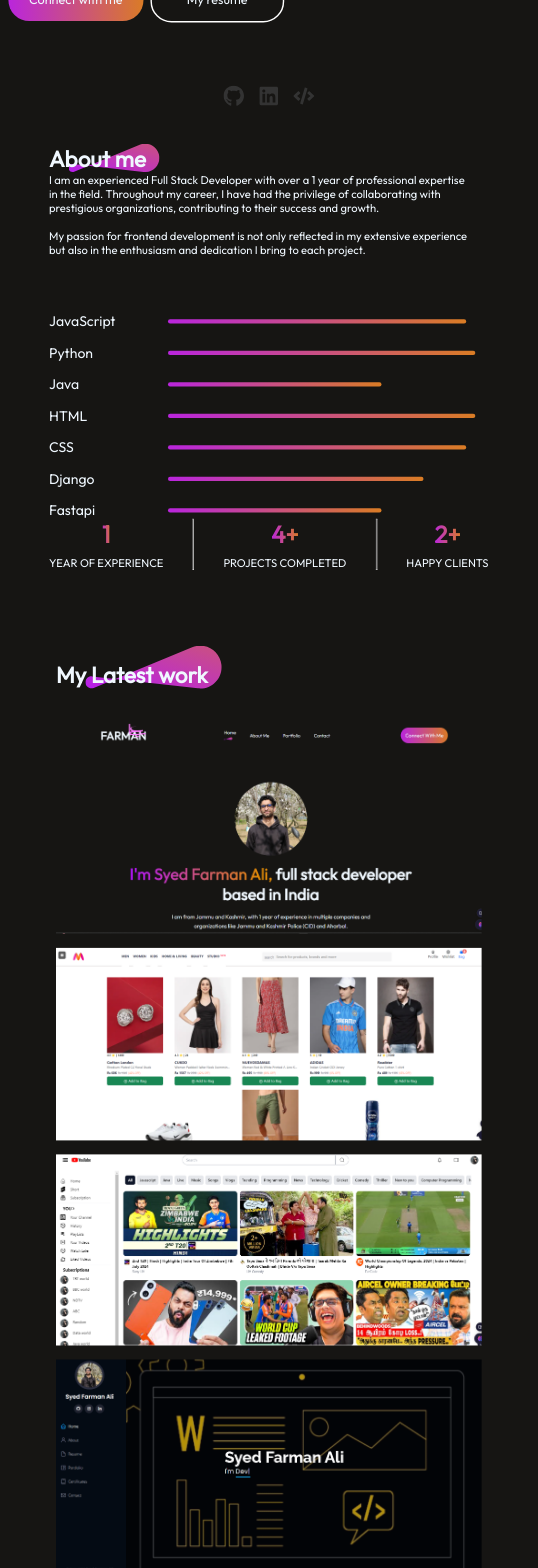
Repository: FARMAN9/portfolio_React
Page: /
An editor plug-in stored every save of this project. The page is shown before and after a run of saves, followed by the edit.
The browser window is 768 px wide. The pictures show the part of the page from y = 733 to 2973 px (the page is 5825 px tall before and 5865 px after), at 70% of full size.
The project was rebuilt for these pictures with package versions that can differ from the ones it lists, and the page was loaded fresh each time. Also part of the build but not shown: vite.config.js.

Above is the page before, as saved 2024-10-16 21:37:27.

### index.html
<!doctype html>
<html lang="en">
  <head>
    <meta charset="UTF-8" />
    <link rel="icon" type="image/svg+xml" href="/bac.svg" />
    <meta name="viewport" content="width=device-width, initial-scale=1.0" />
    <title>Portfoilo</title>
    <link rel="preconnect" href="https://fonts.googleapis.com">
<link rel="preconnect" href="https://fonts.gstatic.com" crossorigin>
<link href="https://fonts.googleapis.com/css2?family=Outfit&display=swap" rel="stylesheet">


  </head>
  <body>
    <div id="root"></div>

    <script type="module" src="/src/main.jsx"></script>
  </body>
</html>

### src/App.jsx

import NavBar from './Components/Navbar/NavBar'
import Hero from './Components/Hero/Hero'
import About from './Components/About/About'
import MyWork from './Components/MyWork/MyWork'
import Contact from './Components/Contact/Contact'
import Footer from './Components/Footer/Footer'
import React from 'react';

function App() {


  return (
  <>
  <NavBar/>
  <Hero/>
  <About/>
  <MyWork/>
  <Contact/>
  <Footer/>
  </>
  )
}

export default App

### src/index.css

*{
  margin: 0;
  padding: 0;

}
body{
  height: 100vh;
  background: #161513;
  color: aliceblue;
  font-family: outfit;
}

### src/Components/Navbar/NavBar.jsx
import React, { useRef, useState,useEffect } from 'react';
import './Navbar.css';
import ali from '../../assets/ali.png'
import backgound from '../../assets/nav_underline.svg'
import AnchorLink from 'react-anchor-link-smooth-scroll'
import menu_open from '../../assets/menu_open.svg'
import menu_close from '../../assets/menu_close.svg'



function NavBar() {



  const [menu,setMenu]=useState('home')
  const menuRef =useRef();
  const openMenu=()=>{
    menuRef.current.style.right='0'
  }
  const closeMenu=()=>{
    menuRef.current.style.right='-350px'
  }
  return (
    <nav className='navbar'>
      <div className='logo'>
      <AnchorLink className='anchor-link' href='#home'>
      <h1>FARMAN</h1>
      <img src={ali} alt="" />
      </AnchorLink>
      </div>
      <img src={menu_open}  onClick={openMenu} alt="" className='nav-mob-open' />

            <ul ref={menuRef} className='nav-menu'>
            <img src={menu_close} alt="" className='nav-mob-close' onClick={closeMenu}/>
             <li> <AnchorLink className='anchor-link' href='#home'><p onClick={()=>setMenu('home')}>Home</p> </AnchorLink>{menu ==='home' ? <img src ={backgound} alt=''/>:<></> }</li>
             <li><AnchorLink className='anchor-link' offset={50} href='#about'><p onClick={()=>setMenu('about')}>About Me</p></AnchorLink>{menu ==='about' ? <img src ={backgound} alt=''/>:<></> }</li>
             <li><AnchorLink className='anchor-link' offset={50} href='#work'><p onClick={()=>setMenu('work')}>Portfolio</p></AnchorLink>{menu ==='work' ? <img src ={backgound} alt=''/>:<></> }</li>
             <li><AnchorLink className='anchor-link' offset={50} href='#contact'><p onClick={()=>setMenu('contact')}>Contact</p></AnchorLink>{menu ==='contact' ? <img src ={backgound} alt=''/>:<></> }</li>
            </ul>
            <div className="nav-connect"><AnchorLink className='anchor-link' offset={50} href='#contact'>Connect With Me</AnchorLink></div>

    </nav>
  )
}

export default NavBar

### src/Components/Hero/Hero.jsx
import "./Hero.css";
import profile from "../../assets/profile.jpg";
import AnchorLink from "react-anchor-link-smooth-scroll";
import { FaGithub, FaLinkedin, FaCode } from "react-icons/fa";
import React, { useRef, useEffect } from "react";
import gsap from "gsap";
import { ScrollTrigger } from "gsap/ScrollTrigger";

// Register ScrollTrigger plugin
gsap.registerPlugin(ScrollTrigger);

function Hero() {
  return (
    <div id="home" className="hero">
      <img
        // Reference for the image
        src={profile}
        alt="profile"
      />

      <h1>
        <span className="myname">I'm Syed Farman Ali,</span> full stack
        developer based in India
      </h1>
      <p>
        I am from Jammu and Kashmir, with 1 year of experience in multiple
        companies and organizations like Jammu and Kashmir Police (CID) and
        Aharbal.
      </p>
      <div className="hero-action">
        <div className="hero-connect">
          <AnchorLink className="anchor-link" offset={50} href="#contact">
            Connect with me
          </AnchorLink>
        </div>
        <a
          className="hero-resume"
          href="https://rxresu.me/farman9/python-django-developer">
          My resume
        </a>
      </div>
      <div className="hero-socials">
        <a
          href="https://github.com/farman9"
          target="_blank"
          rel="noopener noreferrer">
          <FaGithub size={30} />
        </a>
        <a
          href="https://www.linkedin.com/in/farman9"
          target="_blank"
          rel="noopener noreferrer">
          <FaLinkedin size={30} />
        </a>
        <a
          href="https://leetcode.com/u/saeedfarman9/"
          target="_blank"
          rel="noopener noreferrer">
          <FaCode size={30} />
        </a>
      </div>
    </div>
  );
}

export default Hero;

### src/Components/About/About.jsx
import React from 'react'
import'./About.css'
import bac from '../../assets/bac.svg'
import profile from '../../assets/profile.jpg'


function About() {
  const skills = [
    { name: 'JavaScript', value: 70 },
    { name: 'Python', value: 80 },
    { name: 'Java', value: 50 },
    { name: 'HTML', value: 75 },
    { name: 'CSS', value: 70 },
    { name: 'Django', value: 60 },
    { name: 'Fastapi', value: 50 },

  ];

  return (
    <div id='about' className='about'>
        <div className="about-title">
            <h1>About me</h1>
            <img src={bac} alt="" />
        </div>
        <div className="about-sections">
        <div className="about-left">
        <img src={profile} alt="" />
       </div>
       <div className="about-right">
       <div className="about-para">
        <p>I am an experienced Full Stack Developer with over a 1 year of professional expertise in the field. Throughout my career, I have had the privilege of collaborating with prestigious organizations, contributing to their success and growth.</p>
        <p>My passion for frontend development is not only reflected in my extensive experience but also in the enthusiasm and dedication I bring to each project.</p>
       </div>
       <div className="about-skills">
        {
            skills.map((skill)=><div className="about-skill" key={skill.name}><p>{skill.name}</p><hr style={{width:`${skill.value}%`}} /></div>)
        }

      </div>
        </div>
        </div>
        <div className="about-achievements">
<div className="about-achievement">
<h1>1</h1>
<p>YEAR OF EXPERIENCE</p>
</div>
<hr />
<div className="about-achievement">
<h1>4+</h1>
<p>PROJECTS COMPLETED</p>
</div>
<hr />
<div className="about-achievement">
<h1>2+</h1>
<p>HAPPY CLIENTS</p>
</div>
</div>
    </div>
  )
}

export default About

### src/Components/MyWork/MyWork.jsx
import React, { useImperativeHandle } from "react";
import "./MyWork.css";
import bac from "../../assets/bac.svg";
import soon from "../../assets/coming_soon.gif";
import port_react from "../../assets/projects/portfilo_react.png";
import myntra from "../../assets/projects/mytra.png";
import youtube from "../../assets/projects/yt.png";
import djano_port from "../../assets/projects/django_port.png";
import dpt from "../../assets/projects/dpt.png";
import nws from "../../assets/projects/news.png";

function MyWork() {
  const mywork_data = [
    {
      w_no: 1,
      w_name: "portfolio_React",
      w_img: port_react,
      link: "https://github.com/FARMAN9/portfolio_React",
    },
    {
      w_no: 2,
      w_name: "mytra",
      w_img: myntra,
      link: "https://github.com/FARMAN9/myntra-clone-",
    },
    {
      w_no: 3,
      w_name: "youtube",
      w_img: youtube,
      link: "https://github.com/FARMAN9/youtube-clone",
    },
    {
      w_no: 4,
      w_name: "portfoilo_django",
      w_img: djano_port,
      link: "https://github.com/FARMAN9/portfoilo_django",
    },
    {
      w_no: 5,
      w_name: "DPS",
      w_img: dpt,
      link: "https://github.com/FARMAN9/Diabetes-prediction",
    },
    {
      w_no: 6,
      w_name: "oldNews_paper ",
      w_img: nws,
      link: "https://oldnews-paper.vercel.app/",
    },
    {
      w_no: 7,
      w_name: "soon",
      w_img: soon,
      link: "",
    },
  ];
  return (
    <div id="work" className="mywork">
      <div className="mywork-title">
        <h1>My Latest work</h1>
        <img src={bac} alt="" />
      </div>

      <div className="mywork-container">
        {mywork_data.map((data, index) => {
          return (
            <div key={index}>
              <a href={data.link}>
                <img src={data.w_img} alt="" />
              </a>
            </div>
          );
        })}
      </div>
    </div>
  );
}

export default MyWork;

### src/Components/Contact/Contact.jsx
import React from 'react'
import './Contact.css'
import bac from '../../assets/bac.svg'
import call from '../../assets/call.svg'
import mail from '../../assets/mail.svg'
import loc from '../../assets/loc.svg'

const mykey = "fc7158de-ce59-41ff-9c1e-672e25c721db"

function Contact() {
  const [result, setResult] = React.useState("");
  const [alertVisible, setAlertVisible] = React.useState(false);

  const onSubmit = async (event) => {
    event.preventDefault();
    setResult("Sending....");
    const formData = new FormData(event.target);

    formData.append("access_key", mykey);

    const response = await fetch("https://api.web3forms.com/submit", {
      method: "POST",
      body: formData
    });

    const data = await response.json();

    if (data.success) {
      setResult("Email Send Successfully \n Thanks😇");
      setAlertVisible(true);
      event.target.reset();
    } else {
      console.log("Error", data);
      setResult(data.message);
      setAlertVisible(true);
    }
  };

  const closeAlert = () => {
    setAlertVisible(false);
    setResult("");
  };

  return (
    <div id='contact' className='contact'>
      <div className='contact-title'>
        <h1>Get in touch</h1>
        <img src={bac} alt="" />
      </div>
      <div className='contact-section'>
        <div className='contact-left'>
          <h1>Let's talk</h1>
          <p>I'm currently available to take on new projects, so feel free to send me a message about anything that you want me to work on. You can contact anytime.</p>
          <div className="contact-details">
            <div className="contact-detail">
              <img src={mail} alt="" /> <p>saeedfarman9@gmail.com</p>
            </div>
            <div className="contact-detail">
              <img src={call} alt="" /><p>+916005943382</p>
            </div>
            <div className="contact-detail">
              <img src={loc} alt="" /><p>Jammu & Kashmir, India</p>
            </div>
          </div>
        </div>
        <div>
          <form onSubmit={onSubmit} className='contact-right'>
            <label htmlFor=""> Your Name</label>
            <input type="text" placeholder='Enter your name' name='name' />
            <label htmlFor=""> Your Email</label>
            <input type="email" placeholder='Enter your email' name='email' />
            <label htmlFor=""> Write your message here</label>
            <textarea placeholder='Enter your message' rows='8' name='message'></textarea>
            <button className='contact-submit' type='submit'>Submit now</button>
          </form>
        </div>
      </div>

      {alertVisible && (
        <div className="custom-alert">
          <div className="custom-alert-content">
            <p>{result}</p>
            <button onClick={closeAlert}>Close</button>
          </div>
        </div>
      )}
    </div>
  )
}

export default Contact

### src/Components/Footer/Footer.jsx
import React from "react";
import "./Footer.css";
import ali from "../../assets/ali.png";
import AnchorLink from 'react-anchor-link-smooth-scroll'

function Footer() {
  return (
    <div className="footer">
      <div className="footer-top">
        <div className="footer-top-left">
          <div className="logo">
          <AnchorLink className='anchor-link' offset={50} href='#home'>
            <h1>FARMAN</h1>
            <img src={ali} alt="" />
            </AnchorLink>
          </div>

        </div>
        <p>
        I wanted to take a moment to thank you for visiting my portfolio. Your time and interest in my work are truly appreciated.
        If you have any feedback, questions, or opportunities you'd like to discuss, please don't hesitate to reach out. I'm always eager to connect and explore new possibilities.
          </p>
        <div className="footer-top-right">

        </div>

        </div>
        <hr />

        <div className="footer-bottom">
          <p className="footer-bottm-left">
            {" "}
            © 2024 Syed Farman Ali. All rights reserved.{" "}
          </p>

          <div className="footer-bottom-right">
            <p>Term of Services</p>
            <p>Privacy Policy</p>
            <AnchorLink className='anchor-link' offset={50} href='#contact'> <p>Connect with me</p></AnchorLink>
          </div>
        </div>

    </div>
  );
}

export default Footer;

### src/Components/Navbar/Navbar.css
.navbar{
display: flex ;
align-items: center;
justify-content: space-between;
margin: 20px 170px;
}
.nav-menu{
    display: flex;
    align-items: center;
    list-style: none;
    gap:60px;
    font-size: 20px;

}
.nav-connect
{
    padding: 20px;
    border-radius: 50px;
    background: linear-gradient(267deg,#DA7C25 0.36%,#B923E1 102.0% );
    font-size:22px ;
    cursor: pointer;
    transition: 0.5s;

}
.nav-connect:hover
{
   transform: scale(1.05);

}



.logo{
    position: relative;
    }
.logo h1{
    padding: 0px 30px;
    font-size: 50px;
    font-weight: 600%;
    z-index: -1;

    }


.logo img{
    position: absolute;
    bottom:0;
    right: 0;

    width: 150px;
    height: 150px;

}

.anchor-link{
   text-decoration: none;
   color: aliceblue;
}
.nav-mob-close
{
    display: none;
}
.nav-mob-open{
    display: none;
}


@media(max-width:768px) {
    .navbar{
        margin: 20px 50px;
    }
    .nav-connect{
        display: none;
    }
    .nav-mob-open{
        display: block;
        position: fixed;
        right: 30px;
    }
    .nav-mob-close{
        display: block;
        position: relative;
        top: 30px;
        left: 110px;
        width: 30px;


    }
    .nav-menu{
        position: fixed;
        flex-direction: column;
        align-items: center;
        top:0;
        gap:30px;
        background-color: #1f0016;
        width: 350px;
        height: 100%;
        z-index: 2;
        transition: right 0.5s;
        right: -350px;
    }
    .nav-menu li{
        font-size: 30px;

        padding-left: 0;
        flex-direction: row;
        gap:20px;

    }

}

### src/Components/Hero/Hero.css
.hero {
  display: flex;
  flex-direction: column;
  align-items: center;
  gap: 35px;
}
.hero img {
  margin-top: 150px;
  border-radius: 50% 60%;
  width: 20rem;
  height: 20rem;
  position: relative;

  overflow: hidden; /* Hide overflow */

  z-index: 1; /* Make sure the image appears above the border */
  animation: borderchange 10s infinite; /* Animation duration and repetition */
}

/* Animated border wrapper */

/* Animated border effect */

/* Keyframes for border animation */
/* Animated border effect */

/* Keyframes for border animation */
@keyframes borderchange {
  0% {
    border-radius: 20% 40%; /* Initial radius */ /* Initial width */
    border-color: rgba(255, 255, 255, 0.5); /* Initial color */
    /* No scaling */
  }
  25% {
    border-radius: 30% 50%; /* Slightly increase radius */
    border-color: rgba(255, 200, 0, 0.7); /* Change color */
    /* Slightly scale up */
  }
  50% {
    border-radius: 50%; /* Fully rounded */
    border-color: rgba(0, 200, 255, 0.7); /* Another color change */
    border-width: 25px; /* Slightly increase width */ /* Scale up further */
  }
  75% {
    border-radius: 40% 60%; /* Return to less rounded */
    border-color: rgba(255, 0, 150, 0.7); /* Change color again */
    /* Scale back down */
  }
  100% {
    border-radius: 20% 40%; /* Back to initial radius */
    border-width: 20px; /* Back to initial width */
    border-color: rgba(255, 255, 255, 0.5); /* Return to initial color */
    /* Reset scaling */
  }
}

.hero h1 {
  text-align: center;

  font-weight: 600;
  width: 70%;
  font-size: 70px;
}
.hero h1 span {
  background: linear-gradient(270deg, #df8908 10%, #b415ff 100%);
  background-clip: text;
  -webkit-background-clip: text;
  -webkit-text-fill-color: transparent;
}
.hero-socials img {
  width: 30px;
  height: 30px;
  cursor: pointer;
}
.hero p {
  width: 50%;
  text-align: center;
  font-size: 24px;
  line-height: 40px;
}
.hero-action {
  display: flex;
  align-items: center;
  gap: 25px;
  font-size: 24px;
  font-weight: 500;
  margin-bottom: 50px;
}
.hero-connect {
  padding: 25px 45px;
  border-radius: 50px;
  background: linear-gradient(267deg, #da7c25 0.36%, #b923e1 102%);
  cursor: pointer;
}
.hero-resume {
  padding: 25px 75px;
  border-radius: 50px;
  border: 2px solid #fff;
  cursor: pointer;
  color: aliceblue;
  text-decoration: none;
}

.hero-connect:hover {
  border: 2px solid white;
}
.hero-resume:hover {
  border-color: #b415ff;
}
.hero-socials {
  margin-top: 20px;
}

.hero-socials a {
  margin: 0 10px;
  color: #333;
  transition: color 0.3s;
}

.hero-socials a:hover {
  color: #b415ff; /* You can change this color to match the theme */
}
@media (max-width: 768px) {
  .hero img {
    margin-top: 10px;
  }
  .hero h1 {
    margin-top: 40px;
    width: 96%;
    font-size: 2rem;
  }
  .hero p {
    width: 97%;
    font-size: 1rem;
    line-height: 20px;
  }
  .hero-action {
    width: 97%;
    gap: 10px;
    font-size: 18px;
    font-weight: 500;
    margin-bottom: 50px;
  }
  .hero-connect {
    padding: 20px 30px;
    border-radius: 30px;
  }
  .hero-resume {
    padding: 20px 50px;
    border-radius: 30px;
  }
  .hero-socials {
    margin-top: 5px;
  }
}

### src/Components/About/About.css
.about {
  display: flex;
  flex-direction: column;
  align-items: center;
  justify-content: center;
  gap: 80px;
  margin: 80px 170px;
}

.about-title {
  position: relative;
}
.about-title h1 {
  padding: 0px 30px;
  font-size: 80px;
  font-weight: 600%;
}

.about-title img {
  position: absolute;
  bottom: 0;
  right: 0;
  z-index: -1;
}

.about-sections {
  display: flex;
  gap: 80px;
}

.about-left img {
  width: 25rem;
  height: 25rem;
}
.about-right {
  display: flex;
  flex-direction: column;
  gap: 80px;
}

.about-para {
  display: flex;
  flex-direction: column;
  gap: 20px;
  font-size: 24px;
  font-weight: 500;
}

.about-skills {
  display: flex;
  flex-direction: column;
  gap: 20px;
}

.about-skill {
  display: flex;
  gap: 50px;
  align-items: center;
  transition: 0.3s;
}
.about-skill p {
  min-width: 150px;
  font-size: 24px;
  font-weight: 500;
}
.about-skill hr {
  outline: none;
  border: none;
  width: 50%;
  height: 8px;
  border-radius: 50px;
  background: linear-gradient(267deg, #da7c25 0.36%, #b923e1 102%);
}

.about-achievements {
  display: flex;
  width: 100%;
  justify-content: space-around;
  margin-bottom: 80px;
}

.about-achievement {
  display: flex;
  flex-direction: column;
  align-items: center;
  gap: 10px;
  transition: 0.5s;
}

.about-achievement h1 {
  font-size: 60px;
  font-weight: 700;
  background: linear-gradient(267deg, #da7c25 0.36%, #b923e1 102%);
  background-clip: text;
  -webkit-background-clip: text;
  -webkit-text-fill-color: transparent;
}

.about-achievement p {
  font-size: 22px;
  font-weight: 500;
}
.about-skill:hover {
  transform: scale(1.05);
  transition: 0.3s;
}
.about-achievement:hover {
  transform: scale(1.12);
  transition: 0.5s;
}

@media (max-width: 768px) {
  .about {
    gap: 0px;
    margin: 50px 70px;
    align-items: start;
  }
  .about-title h1 {
    font-size: 2rem;
    padding: 0;
  }
  .about-title img {
    width: 130px;
    right: -20px;
  }

  .about-sections {
    flex-direction: column;
  }
  .about-left {
    display: none;
  }
  .about-para {
    width: 97%;
    font-size: 1rem;
    line-height: 20px;
  }
  .about-skill {
    width: 97%;
    gap: 20px;
    align-items: center;
  }
  .about-skill p {
    font-size: 20px;
  }
  .about-skill hr {
    height: 6px;
  }
  .about-achievements {
    justify-content: space-between;
  }
  .about-achievement {
    gap: 10px;
  }
  .about-achievement h1 {
    font-size: 34px;
    font-weight: 700;
  }
  .about-achievement p {
    text-align: center;
    font-size: 16px;
  }
}

### src/Components/MyWork/MyWork.css
.mywork {
  display: flex;
  flex-direction: column;
  align-items: center;
  justify-content: center;
  gap: 80px;
  margin: 80px 170px;
}
.mywork-title {
  position: relative;
}
.mywork-title h1 {
  padding: 0px 30px;
  font-size: 80px;
  font-weight: 600%;
}
.mywork-title img {
  position: absolute;
  bottom: 0;
  right: 0;
  z-index: -1;
}

.mywork-container {
  display: grid;
  grid-template-columns: 1fr 1fr 1fr;
  gap: 40px;
}

.mywork-container img {
  box-sizing: border-box;
  width: 419px;
  height: 280px;
  transition: 0.3s;
  cursor: pointer;
}
.mywork-container img:hover {
  transform: scale(1.1);
  border: 4px solid #ff00ff;
  border-radius: 10px;
  transition: 0.3s;
}

@media (max-width: 768px) {
  .mywork {
    gap: 50px;
    margin: 20px 80px;
    align-items: start;
  }
  .mywork-title h1 {
    padding: 0;
    font-size: 2rem;
    font-weight: 600;
  }
  .mywork-title img {
    width: 90%;
    margin-right: -20px;
  }
  .mywork-container {
    grid-template-columns: 1fr;
    gap: 20px;
  }
  .mywork-container img {
    width: 100%;
    height: 100%;
  }
}

### src/Components/Footer/Footer.css


.logo{
    position: relative;
    }
.logo h1{
    padding: 0px 30px;
    font-size: 50px;
    font-weight: 600%;
    z-index: -1;
    }
.logo img{
    position: absolute;
    bottom:0;
    right: 0;
    width: 150px;
    height: 150px;

}


.footer{
 margin: 50px 170px;
 display: flex;
 flex-direction: column;
 gap: 30px;
}
.footer-top{
    display: flex;
    justify-content: space-between;
}
.footer-top-left{
    display: flex;
    align-items: center;


}
.footer-top-left p{
   font-size: 15px;
   max-width: 500px;
}

.footer-bottom{
    display: flex;
    justify-content: space-between;
    font-size: 18px;

}
.footer-bottom-right{
    display: flex;
    gap:50px;
    margin-bottom: 50px;


}
@media(max-width:768px)
{
    .footer{
        margin: 50px 70px;
    }
    .footer-top{
        flex-direction: column;
        gap: 50px;
    }
    .footer-bottom{
        display: flex;
        flex-direction: column-reverse;
        margin-bottom: 50px;

    }
}

Loaded but not shown: src/main.jsx (common file); src/Components/Contact/Contact.css (193 lines, source omitted)

After the next 3 saves:
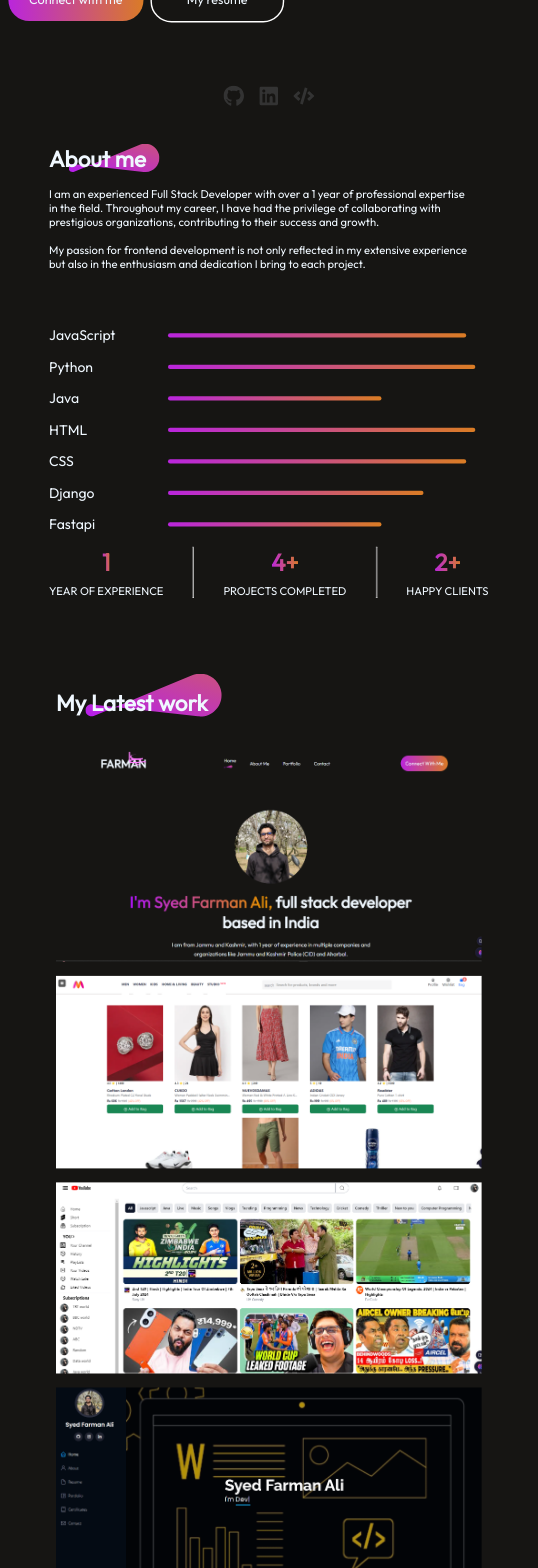
The 3 saves are shown as one change because they came seconds apart.
The last was saved 6 s later.
--- a/src/Components/About/About.css
+++ b/src/Components/About/About.css
@@ -111,7 +111,7 @@
 
 @media (max-width: 768px) {
   .about {
-    gap: 0px;
+    gap: 20px;
     margin: 50px 70px;
     align-items: start;
   }
